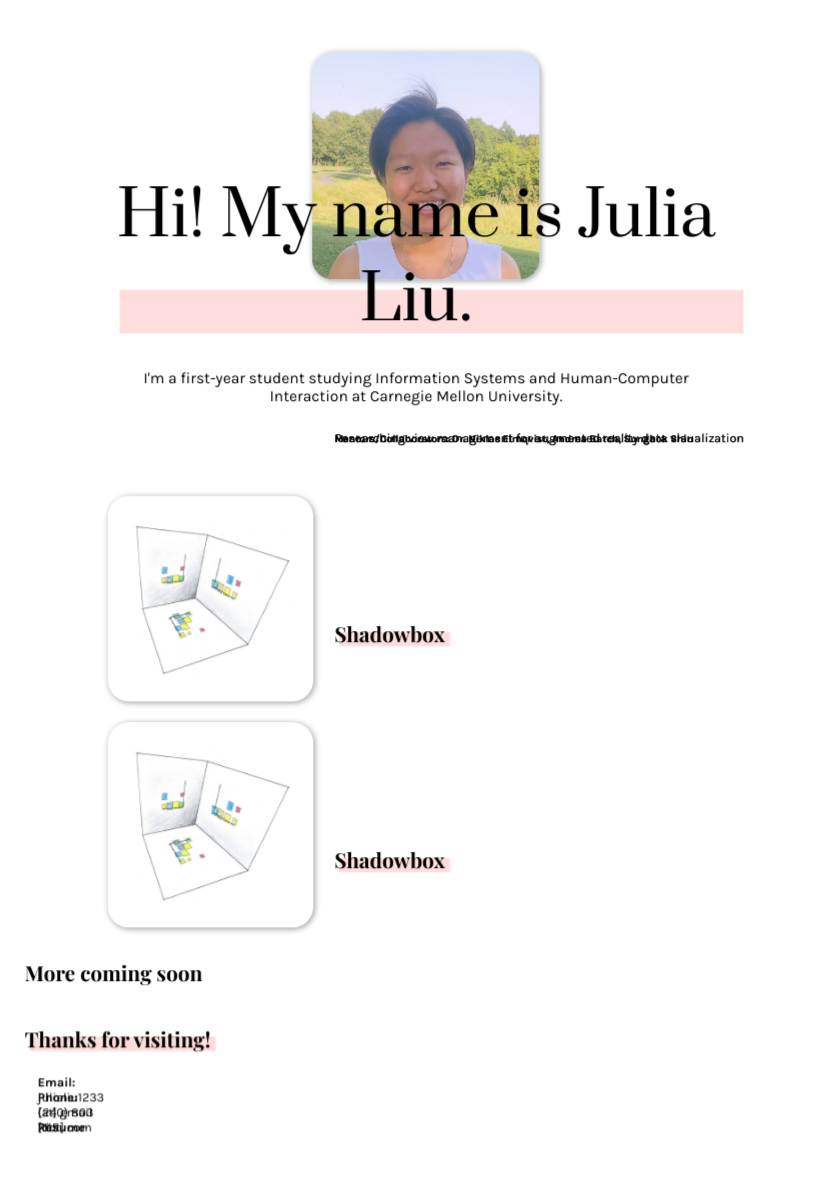
Repository: liu-julia/liu-julia.github.io
Page: index.html
An editor plug-in stored every save of this project. The page is shown before and after the next save, followed by the edit.
The browser window is 1280 px wide. The pictures show the whole page, at 65% of full size.

Above is the page before, as saved 2022-04-28 11:31:05.

After the next save:
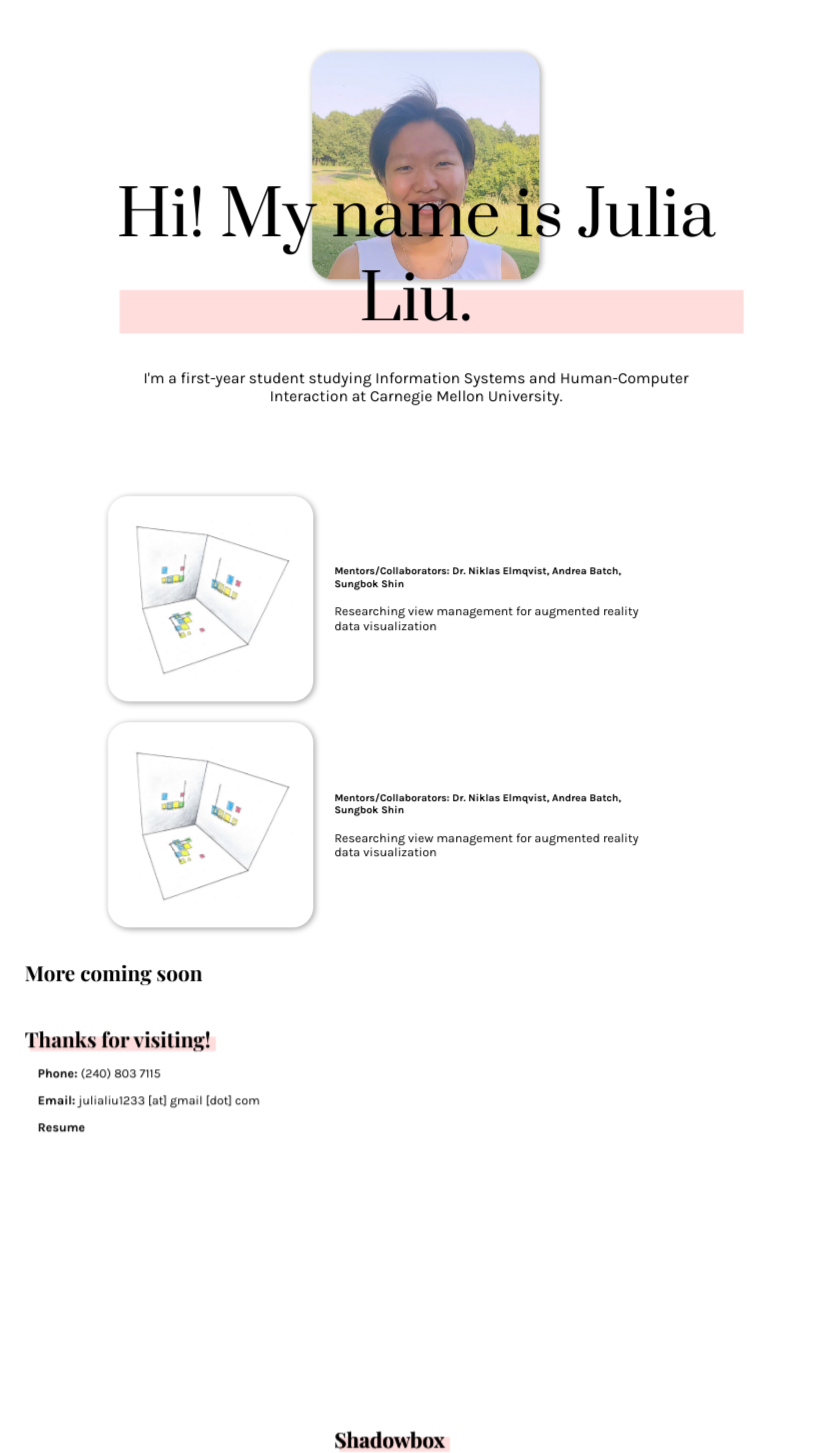
Saved 21 s later.
--- a/css/styles.css
+++ b/css/styles.css
@@ -224,8 +224,5 @@ body {
 }
 .project-text h3.highlighted {
     position: absolute;
-}
-.project-text h4, p{
-    position: absolute;
-    bottom: 2%;
-}
+    top: 300%;
+}
